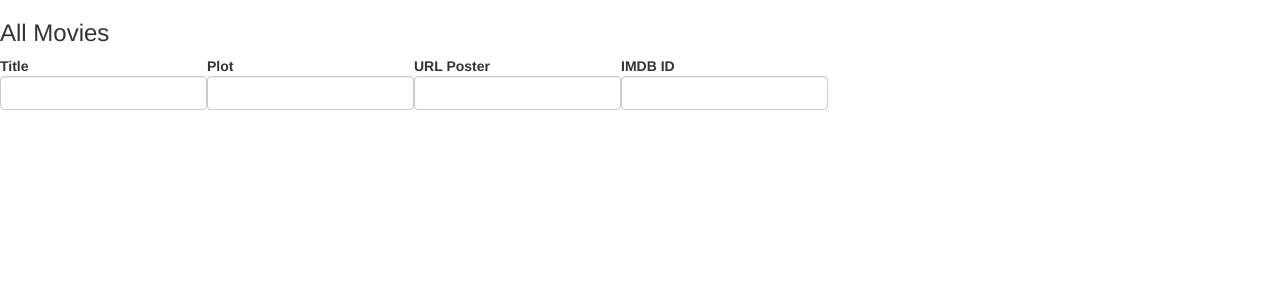
Repository: gitsana/JoseAnnunziato
Page: MyRestfulService/WebContent/addmovie.html
An editor plug-in stored every save of this project. The page is shown before and after the next save, followed by the edit.
The browser window is 1280 px wide. The pictures show the whole page.

Above is the page before, as saved 2015-10-02 01:04:03.

After the next save:
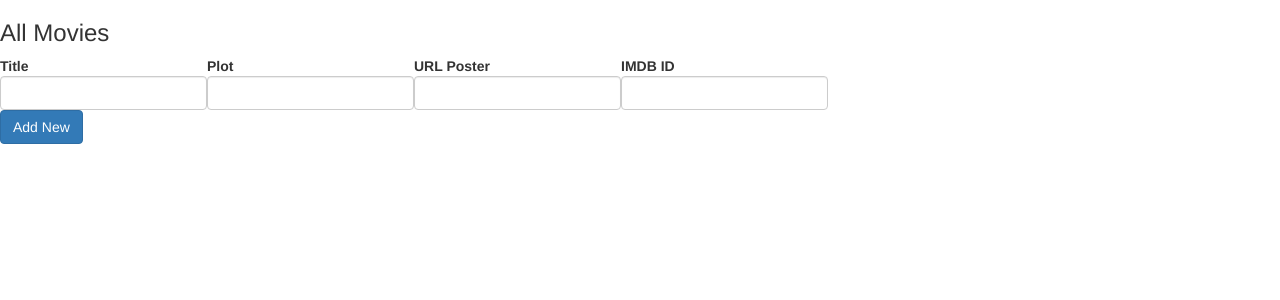
Saved 39 s later.
--- a/MyRestfulService/WebContent/addmovie.html
+++ b/MyRestfulService/WebContent/addmovie.html
@@ -23,5 +23,6 @@
 		<td><input class="form-control" name="newimdbid"></td>
 	</tr>
 </table>
+<button class="btn btn-primary">Add New</button>
 </body>
 </html>
